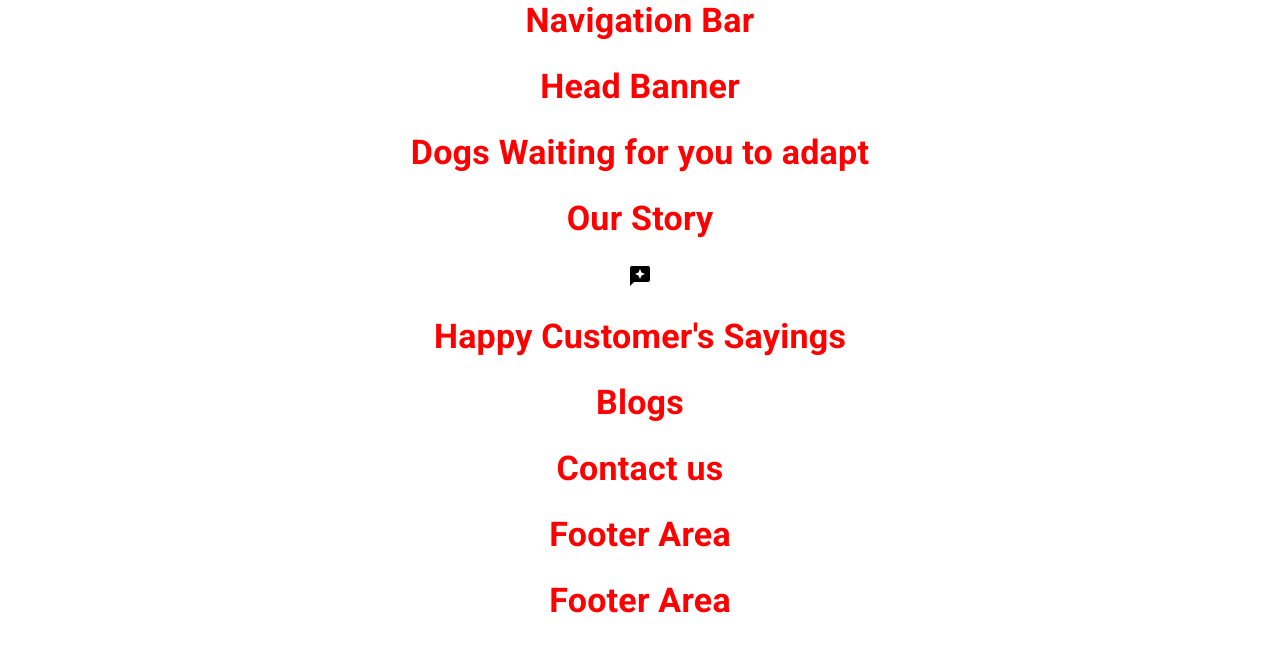
Repository: Sharif-00112/dogos-paradise-client
Page: /
The author's editor kept a copy of each file at every save. The page is drawn from the files as they stood at one save, then again after the next save.
The browser window is 1280 px wide. The pictures show the whole page.
The project was rebuilt for these pictures with package versions that can differ from the ones it lists, and the page was loaded fresh each time. Also part of the build but not shown: src/Pages/Login/Login/Login.js, src/Pages/Login/Register/Register.js, src/Pages/NotFound/NotFound.js.

Above is the page before, as saved 2022-11-30 21:22:46.

After the next save:
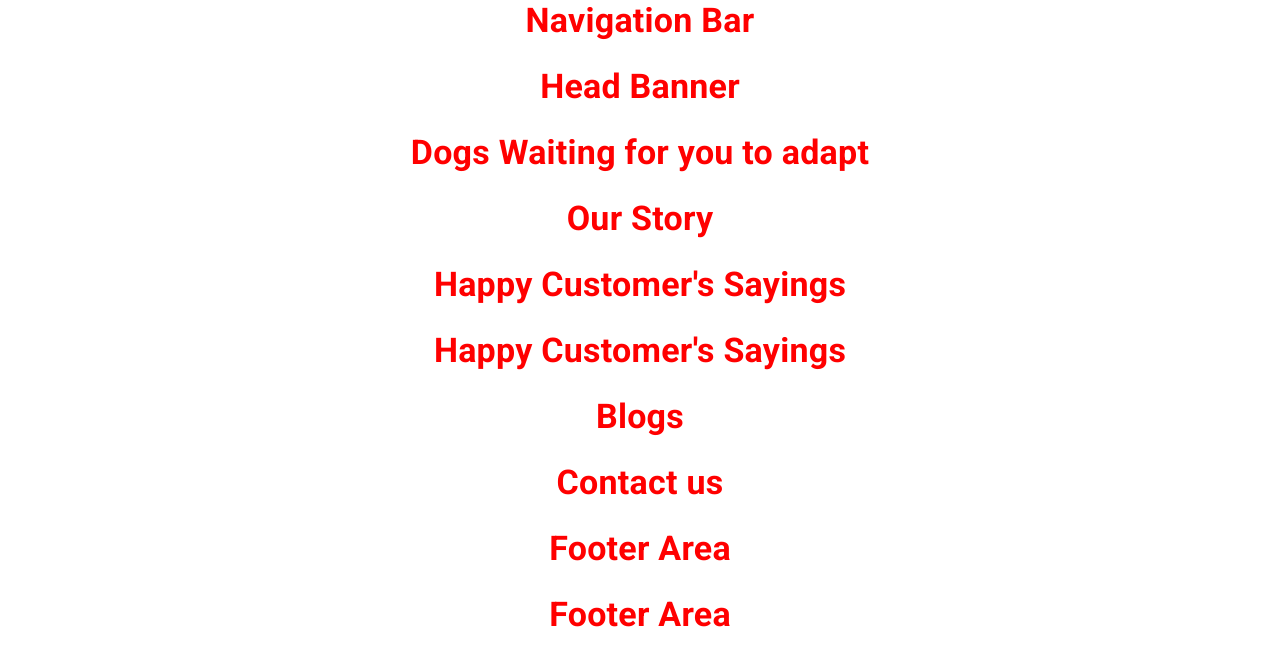
Saved 47 s later.
--- a/src/Pages/Home/Home/Home.js
+++ b/src/Pages/Home/Home/Home.js
@@ -1,10 +1,10 @@
-import { Reviews } from '@mui/icons-material';
 import React from 'react';
 import Footer from '../../Shared/Footer/Footer';
 import Navigation from '../../Shared/Navigation/Navigation';
 import Banner from '../Banner/Banner';
 import Blogs from '../Blogs/Blogs';
 import Contact from '../Contact/Contact';
+import CustomerReviews from '../CustomerReviews/CustomerReviews';
 import Products from '../Products/Products';
 import Review from '../Review/Review';
 import Story from '../Story/Story';
@@ -16,7 +16,7 @@ const Home = () => {
             <Banner></Banner>
             <Products></Products>
             <Story></Story>
-            <Reviews></Reviews>
+            <CustomerReviews></CustomerReviews>
             <Review></Review>
             <Blogs></Blogs>
             <Contact></Contact>
